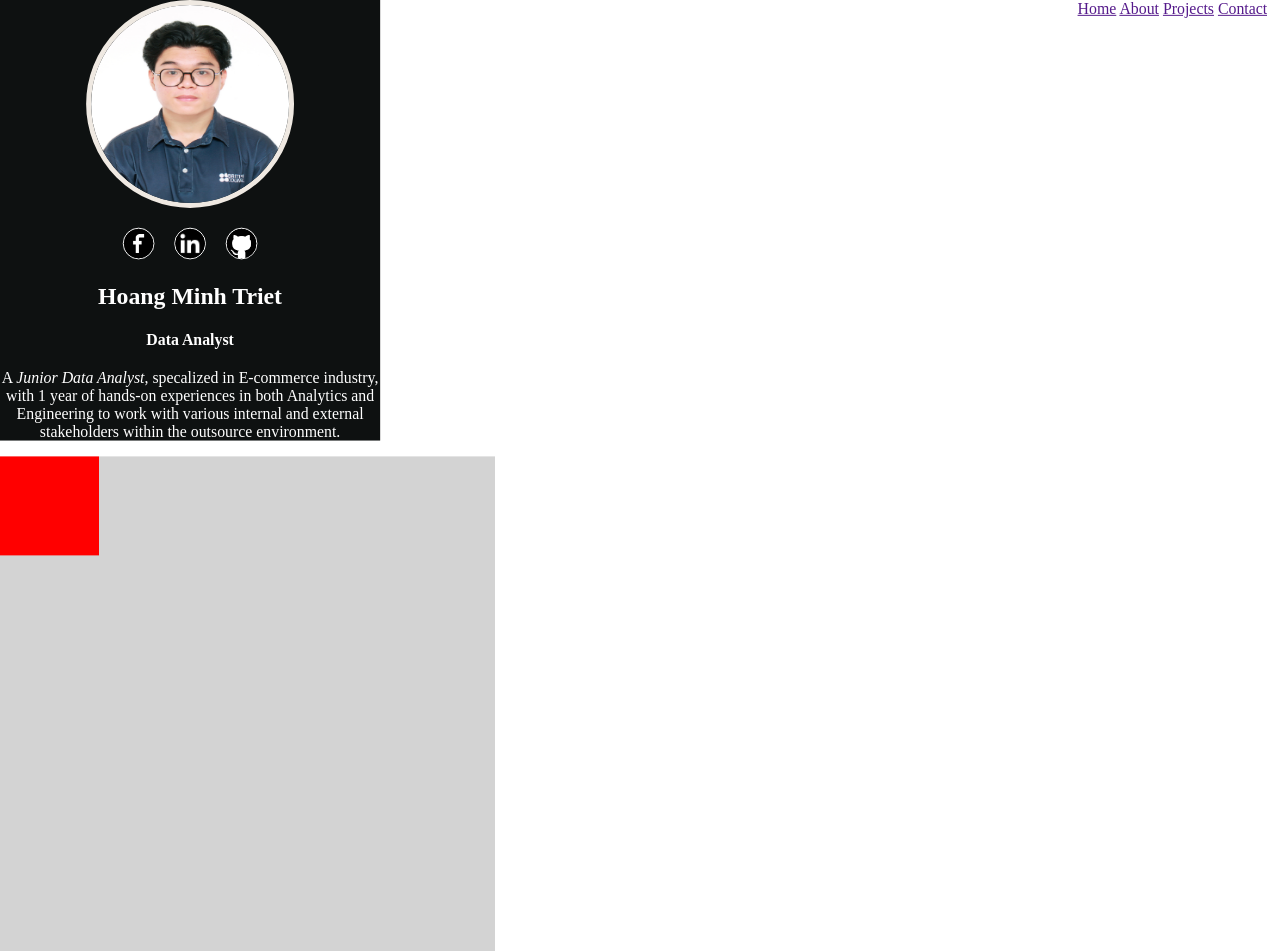
Repository: MinnTrit/personal_website
Page: http://localhost/
The author's editor kept a copy of each file at every save. The page is drawn from the files as they stood at one save, then again after the next save.
The browser window is 1280 px wide. The pictures show the whole page, at 99% of full size.
The page is served by the project's application, run on Flask 3 (app.py).

Above is the page before, as saved 2025-01-29 11:40:47.

After the next save:
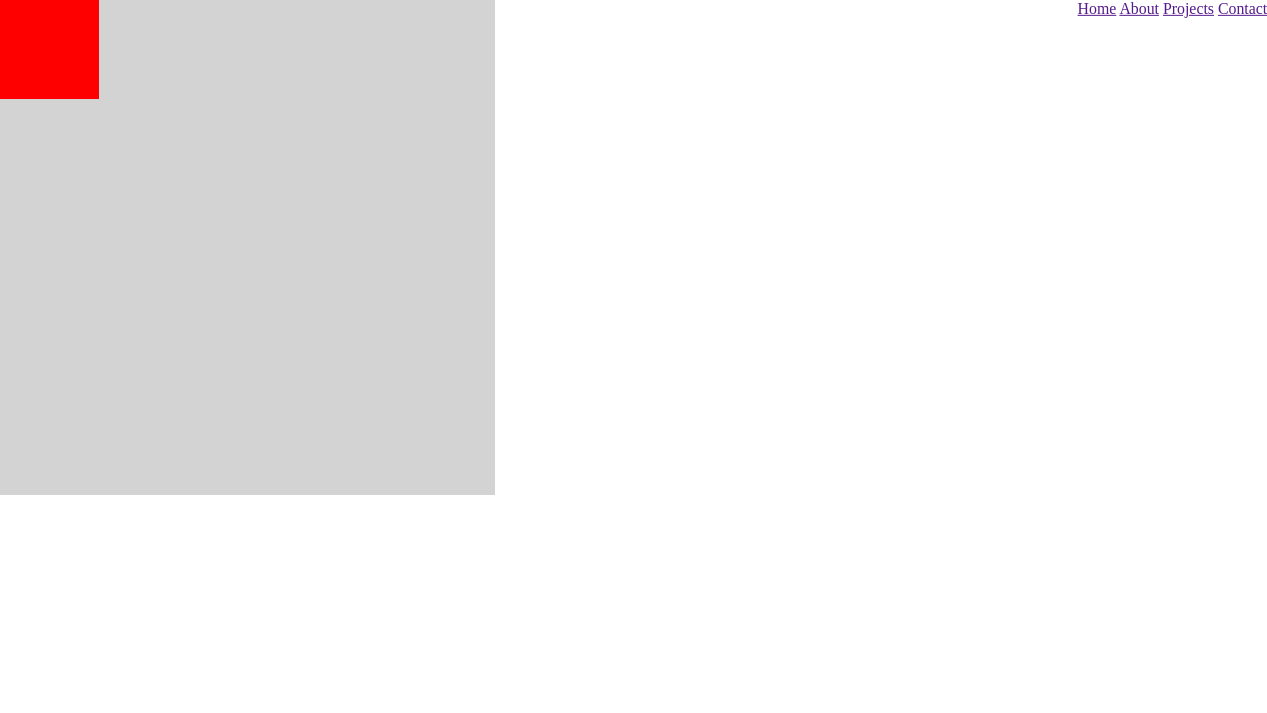
Saved 61 s later.
--- a/static/css/styles.css
+++ b/static/css/styles.css
@@ -82,7 +82,7 @@
 }
 
 .container {
-    position: relative; /* Be moved based on its higher parent */
+    position: fixed; /* Be moved based on its higher parent */
     width: 500px;
     height: 500px;
     top: 0px;

After the save that followed:
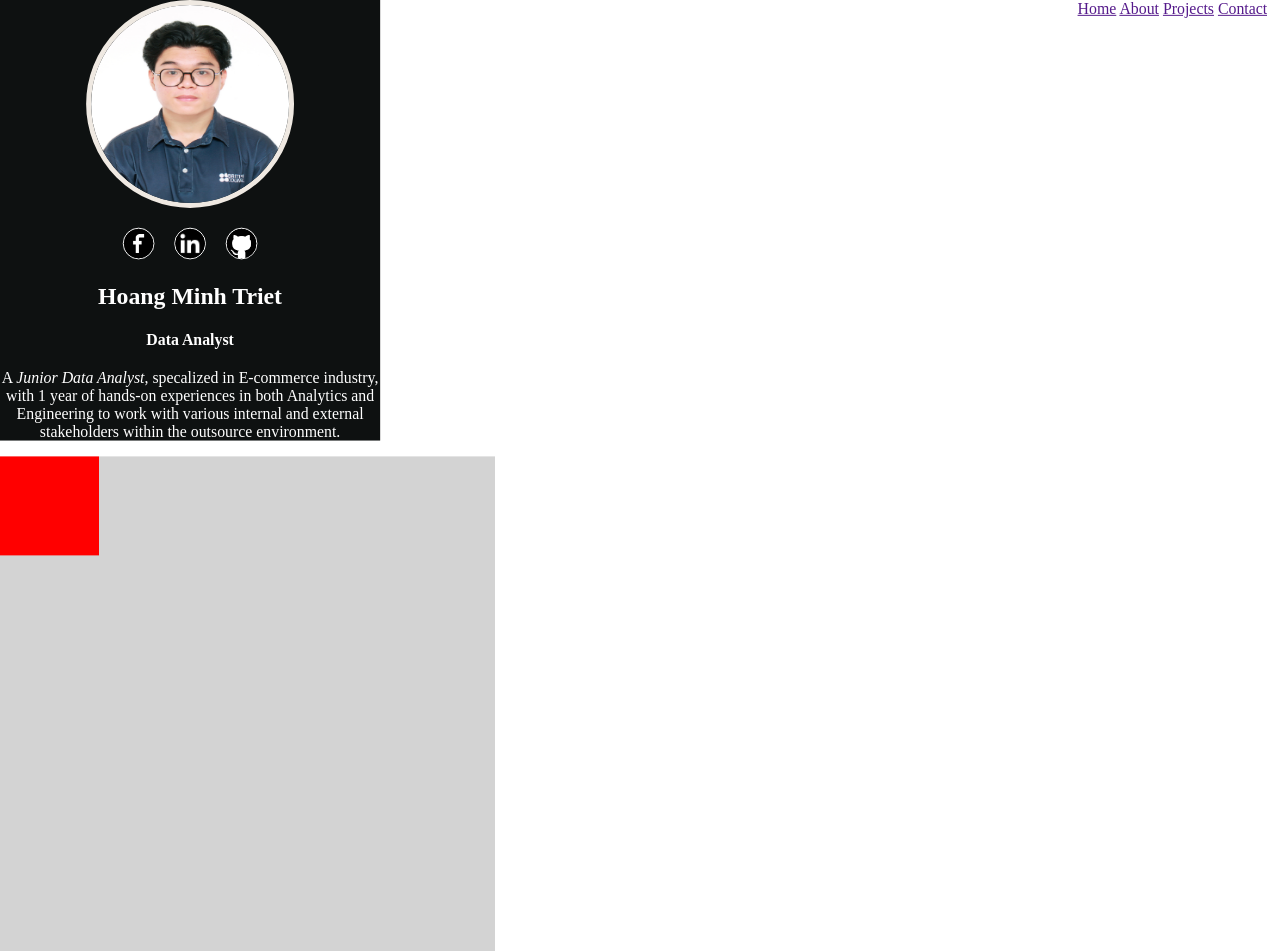
Saved 84 s later.
--- a/static/css/styles.css
+++ b/static/css/styles.css
@@ -82,7 +82,7 @@
 }
 
 .container {
-    position: fixed; /* Be moved based on its higher parent */
+    position: relative; /* Be moved based on its higher parent */
     width: 500px;
     height: 500px;
     top: 0px;
